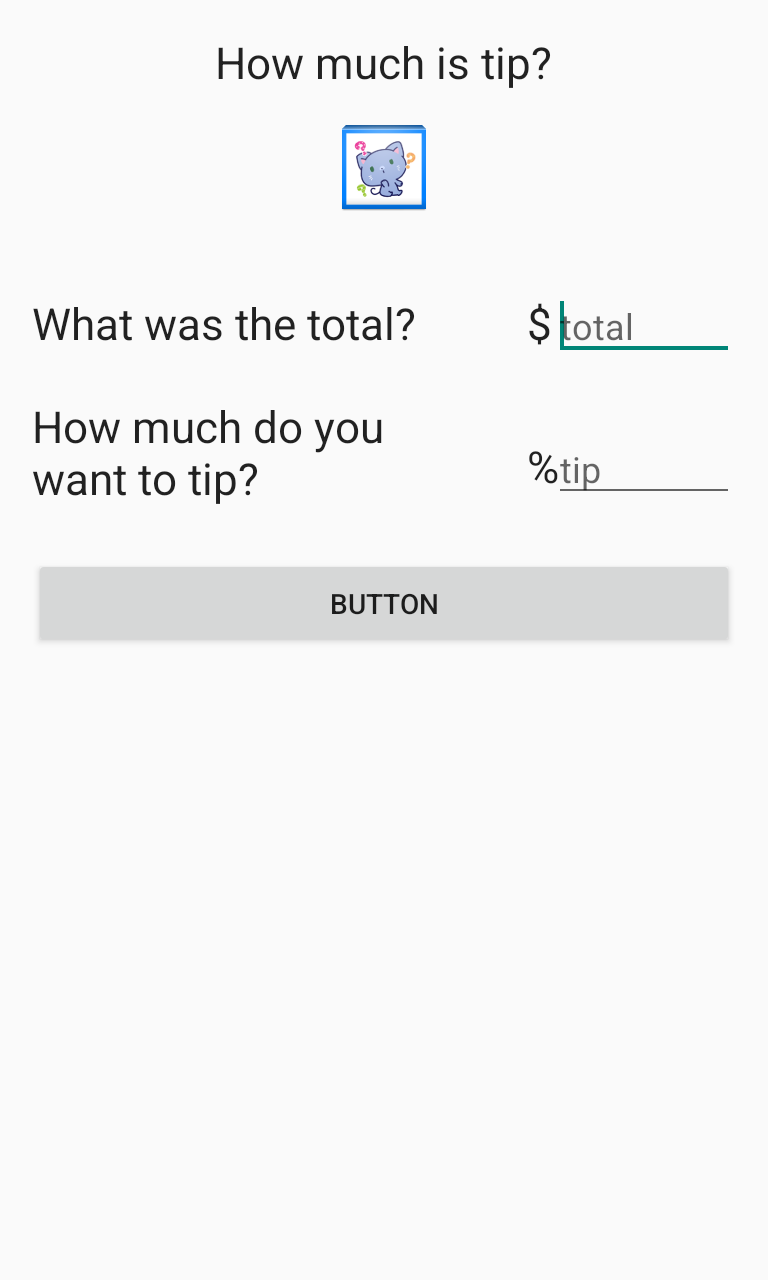
Repository: any027/BillHelper
Layout: BillHelper/res/layout/how_much_tip.xml
An editor plug-in stored every save of this project. The layout is shown before and after the next save, followed by the edit.
It is drawn on a 768 x 1280 px phone screen (xhdpi) without system bars, with theme AppTheme; the app's code is not run.

Above is the layout before, as saved 2015-06-29 09:06:37.

After the next save:
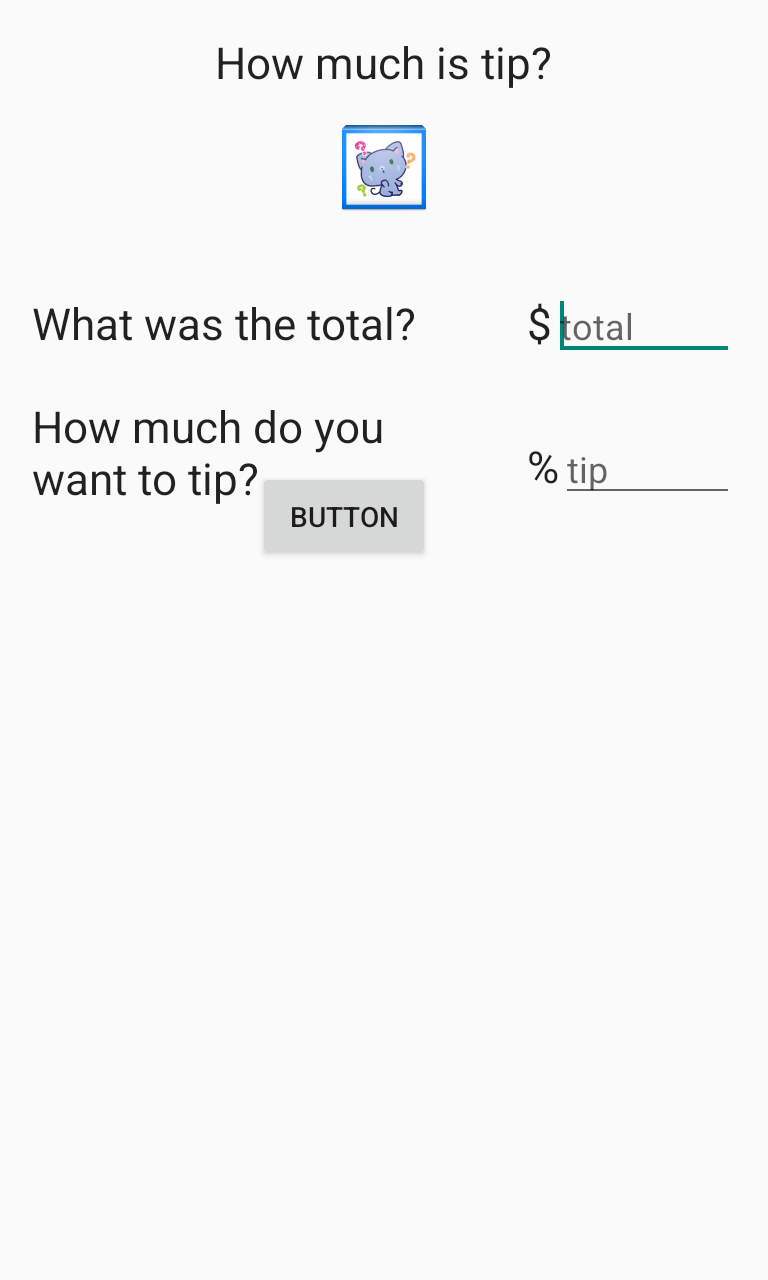
Saved 33 s later.
--- a/BillHelper/res/layout/how_much_tip.xml
+++ b/BillHelper/res/layout/how_much_tip.xml
@@ -61,7 +61,7 @@
         android:textAppearance="?android:attr/textAppearanceLarge" />
 
     <TextView
-        android:id="@+id/textView2"
+        android:id="@+id/percentSign"
         android:layout_width="wrap_content"
         android:layout_height="wrap_content"
         android:layout_alignLeft="@+id/billQuestion"
@@ -70,17 +70,6 @@
         android:layout_marginTop="16dp"
         android:text="@string/percent_tip"
         android:textAppearance="?android:attr/textAppearanceLarge" />
-
-    <EditText
-        android:id="@+id/editText1"
-        android:layout_width="wrap_content"
-        android:layout_height="wrap_content"
-        android:layout_alignBottom="@+id/textView2"
-        android:layout_alignLeft="@+id/how_much_total"
-        android:layout_alignParentRight="true"
-        android:ems="10"
-        android:inputType="number"
-        android:hint="tip" />
 
     <TextView
         android:id="@+id/TextView01"
@@ -96,10 +85,19 @@
         android:id="@+id/button1"
         android:layout_width="wrap_content"
         android:layout_height="wrap_content"
-        android:layout_alignLeft="@+id/textView2"
-        android:layout_alignRight="@+id/editText1"
-        android:layout_below="@+id/textView2"
-        android:layout_marginTop="24dp"
+        android:layout_alignRight="@+id/how_much_pic"
+        android:layout_alignTop="@+id/percentSign"
+        android:layout_marginTop="36dp"
         android:text="Button" />
 
+    <EditText
+        android:id="@+id/editText1"
+        android:layout_width="wrap_content"
+        android:layout_height="wrap_content"
+        android:layout_alignBottom="@+id/percentSign"
+        android:layout_toRightOf="@+id/TextView01"
+        android:ems="10"
+        android:hint="tip"
+        android:inputType="number" />
+
 </RelativeLayout>
